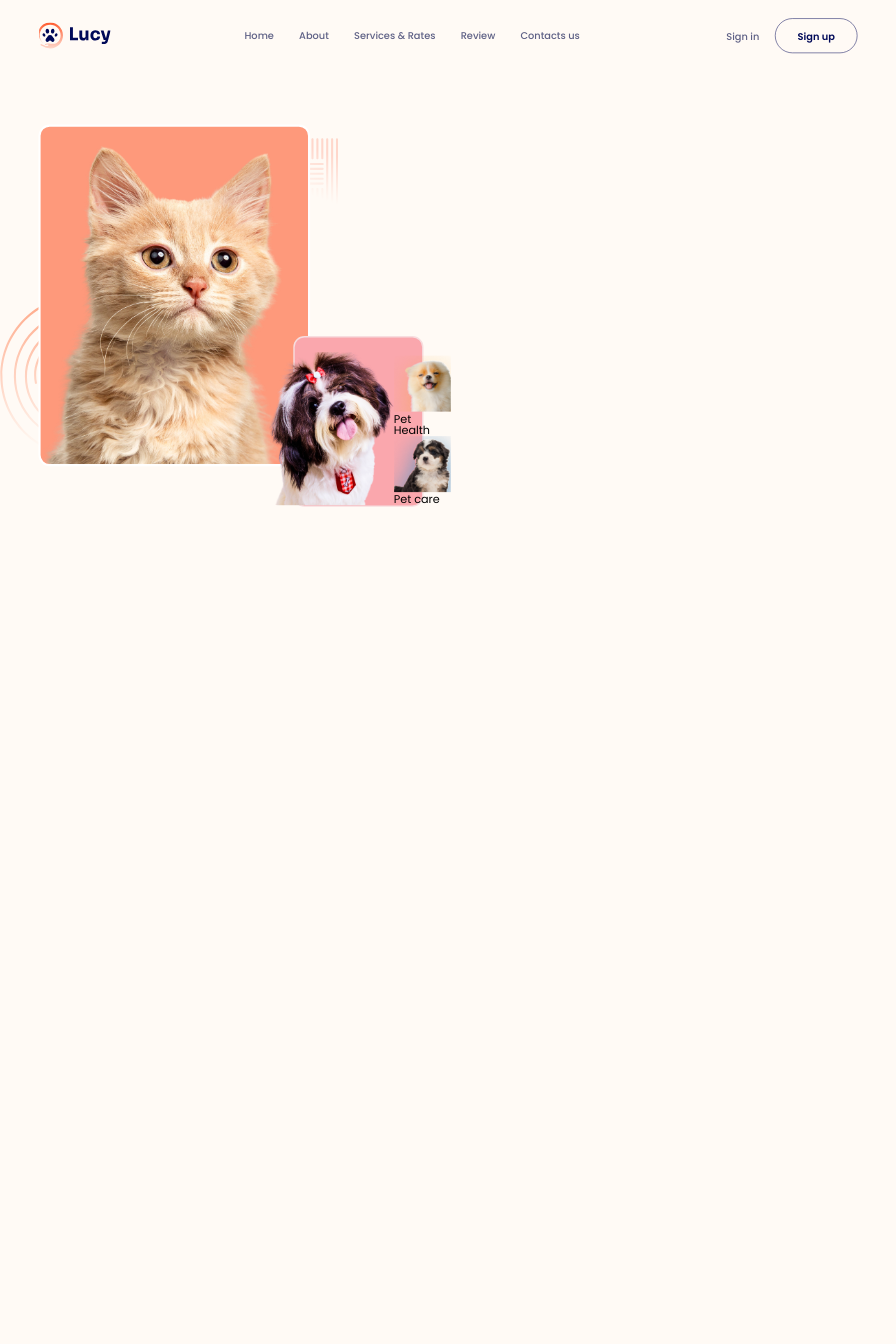
Repository: anhtien111198/f8-htmlcss-04
Page: index.html
These files come from the project's save history. The page is drawn as it stood at one moment and after the next save; the edit follows.
The browser window is 1280 px wide. The pictures show the part of the page from y = 0 to 1920 px (the page is 5000 px tall), at 70% of full size.

Above is the page before, as saved 2023-05-17 11:20:20.

After the next save:
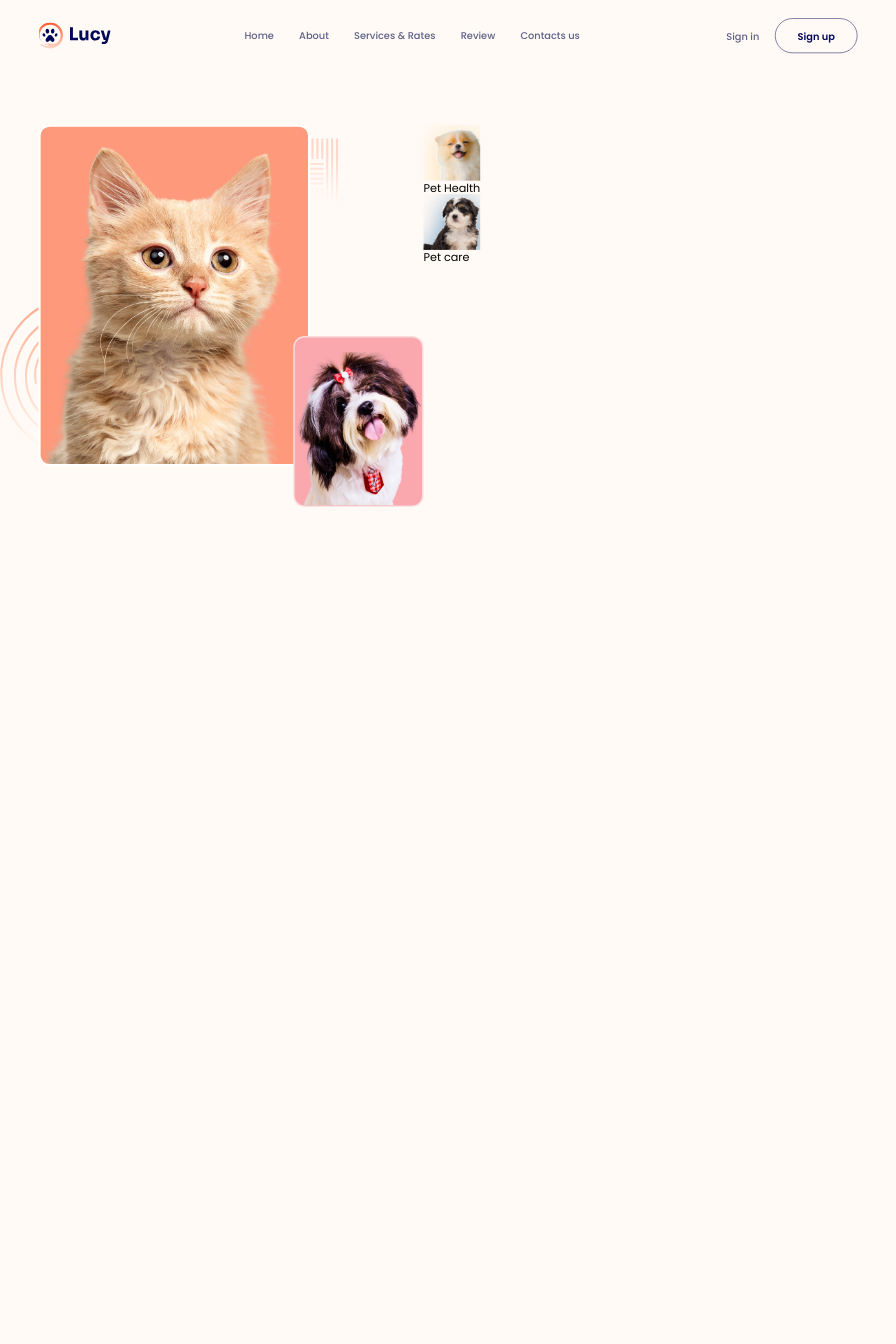
Saved 3 min 16 s later.
--- a/index.html
+++ b/index.html
@@ -163,42 +163,34 @@
                                 alt=""
                                 class="hero__img hero__img-small"
                             />
-                            <div class="hero__list">
-                                <div class="hero-list-item">
-                                    <img
-                                        src="./assets/images/pet-03.png"
-                                        alt=""
-                                        class="hero-list-item__thumb"
-                                    />
-                                    <div class="hero-list-item__info">
-                                        <p class="hero-list-item__title">
-                                            Pet Health
-                                        </p>
-                                        <div
-                                            class="hero-list-item__skeleton"
-                                        ></div>
-                                        <div
-                                            class="hero-list-item__skeleton"
-                                        ></div>
-                                    </div>
+                        </div>
+                        <div class="hero__list">
+                            <div class="hero-list-item">
+                                <img
+                                    src="./assets/images/pet-03.png"
+                                    alt=""
+                                    class="hero-list-item__thumb"
+                                />
+                                <div class="hero-list-item__info">
+                                    <p class="hero-list-item__title">
+                                        Pet Health
+                                    </p>
+                                    <div class="hero-list-item__skeleton"></div>
+                                    <div class="hero-list-item__skeleton"></div>
                                 </div>
-                                <div class="hero-list-item">
-                                    <img
-                                        src="./assets/images/pet-04.png"
-                                        alt=""
-                                        class="hero-list-item__thumb"
-                                    />
-                                    <div class="hero-list-item__info">
-                                        <p class="hero-list-item__title">
-                                            Pet care
-                                        </p>
-                                        <div
-                                            class="hero-list-item__skeleton"
-                                        ></div>
-                                        <div
-                                            class="hero-list-item__skeleton"
-                                        ></div>
-                                    </div>
+                            </div>
+                            <div class="hero-list-item">
+                                <img
+                                    src="./assets/images/pet-04.png"
+                                    alt=""
+                                    class="hero-list-item__thumb"
+                                />
+                                <div class="hero-list-item__info">
+                                    <p class="hero-list-item__title">
+                                        Pet care
+                                    </p>
+                                    <div class="hero-list-item__skeleton"></div>
+                                    <div class="hero-list-item__skeleton"></div>
                                 </div>
                             </div>
                         </div>
